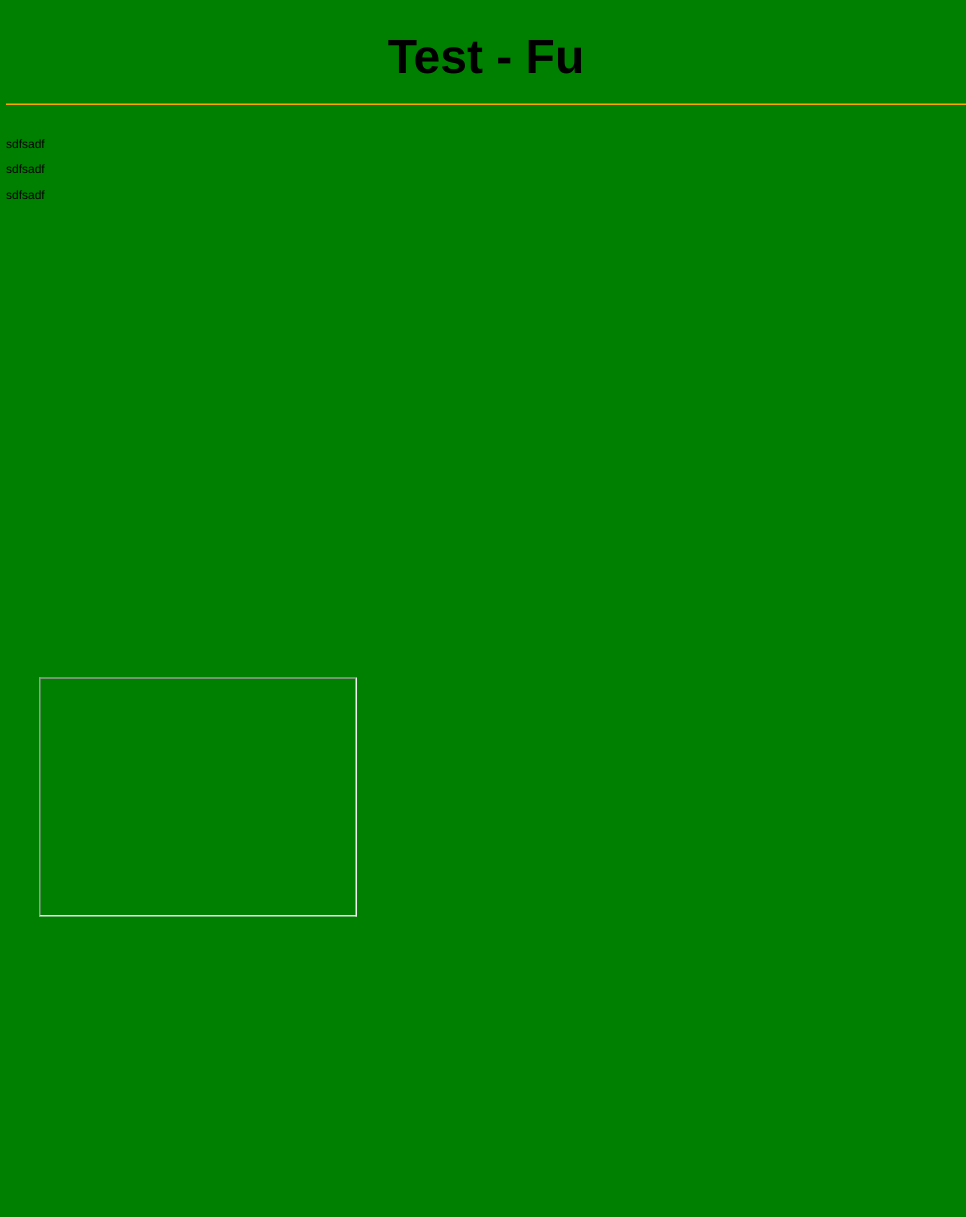
Repository: arikanu/minisite
Page: http://localhost/site/
An editor plug-in stored every save of this project. The page is shown before and after the next save, followed by the edit.
The browser window is 1280 px wide. The page is 1288 px wide, so the pictures cover 1288 px, including what lies to the right of the window. The pictures show the whole page, at 75% of full size.
Pictures or frames that could not be fetched are drawn as grey boxes. The page is served by Tomcat 9.

Above is the page before, as saved 2014-12-18 07:08:59.

After the next save:
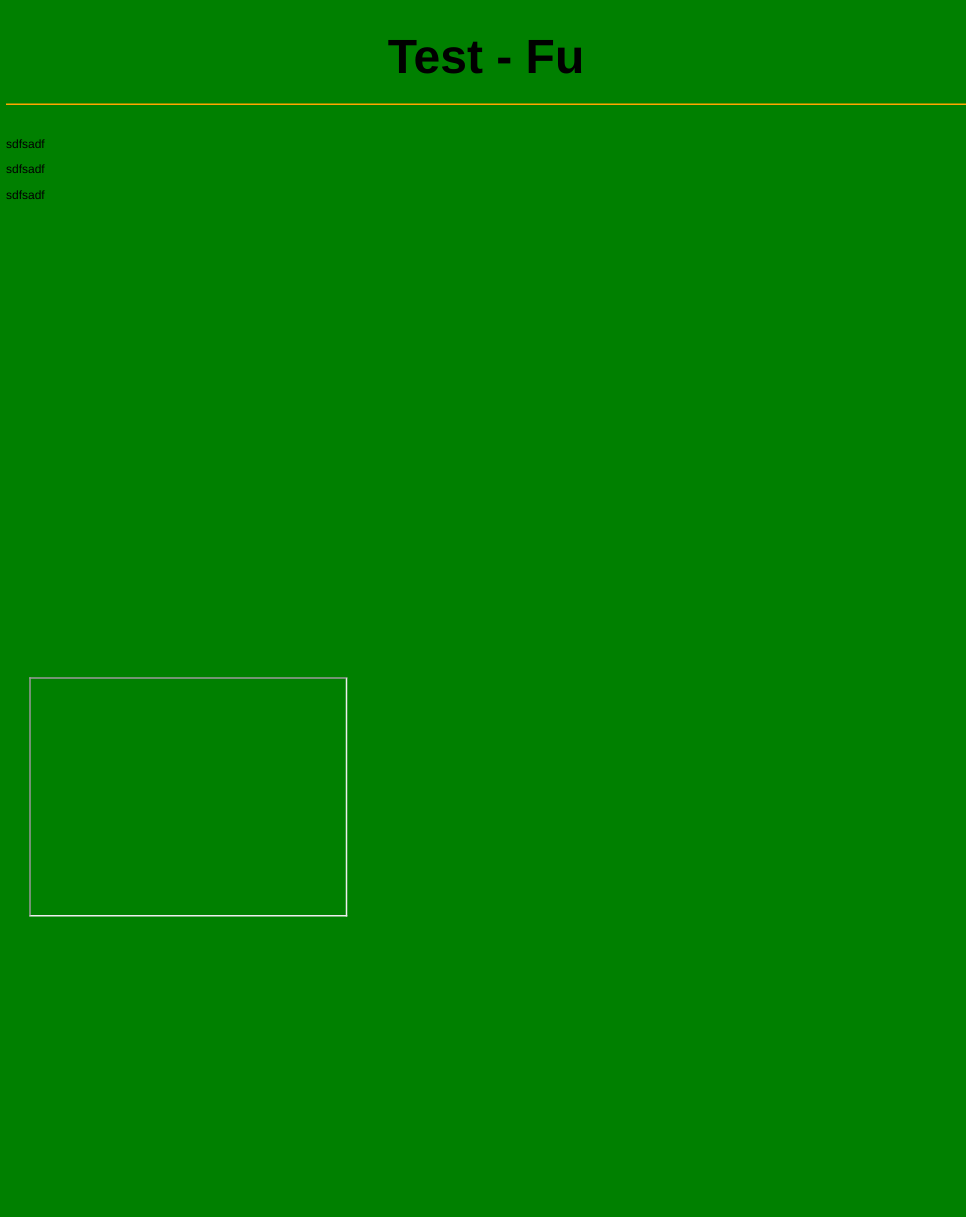
Saved 38 s later.
--- a/site/src/main/webapp/WEB-INF/views/home.jsp
+++ b/site/src/main/webapp/WEB-INF/views/home.jsp
@@ -23,11 +23,11 @@ h1 {
 }
 
 .divLeftPart {
-	width: 40%;
+	width: 38%;
 	height: 100%;
 }
 .divRightPart {
-	width: 60%;
+	width: 58%;
 	height: 100%;
 }
 
